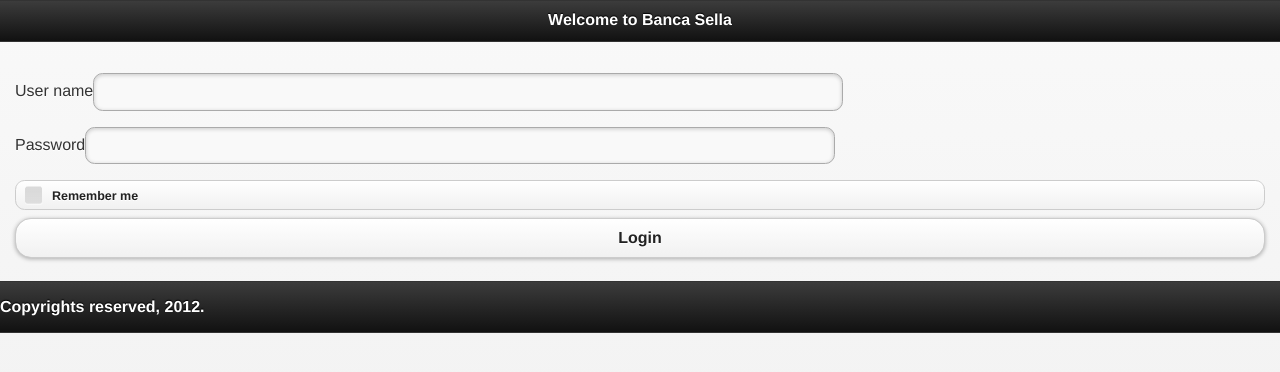
Repository: ravinforu/HTML5_CSS3_JS_Frameworks_Jul_2012-1
Page: Day03/WebContent/lab09.html
An editor plug-in stored every save of this project. The page is shown before and after the next save, followed by the edit.
The browser window is 1280 px wide. The pictures show the whole page.

Above is the page before, as saved 2012-07-27 09:11:12.

After the next save:
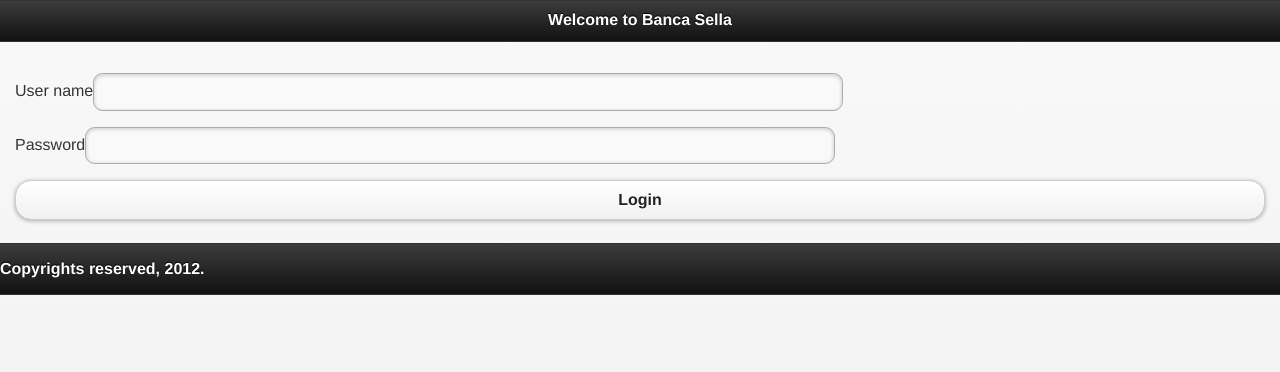
Saved 34 min 0 s later.
--- a/Day03/WebContent/lab09.html
+++ b/Day03/WebContent/lab09.html
@@ -86,10 +86,6 @@
 			<div data-role="fieldcontain">
 				<label>Password</label> <input type="password" id="passwordText">
 			</div>
-			<div data-role="controlgroup">
-				<input data-type="horizontal"  data-mini="true" type="checkbox" id="rememberChk">
-				<label for="rememberChk">Remember me</label>
-			</div>
 			<div data-role="button" id="loginBtn">Login</div>
 		</div>
 		<div data-role="footer">
